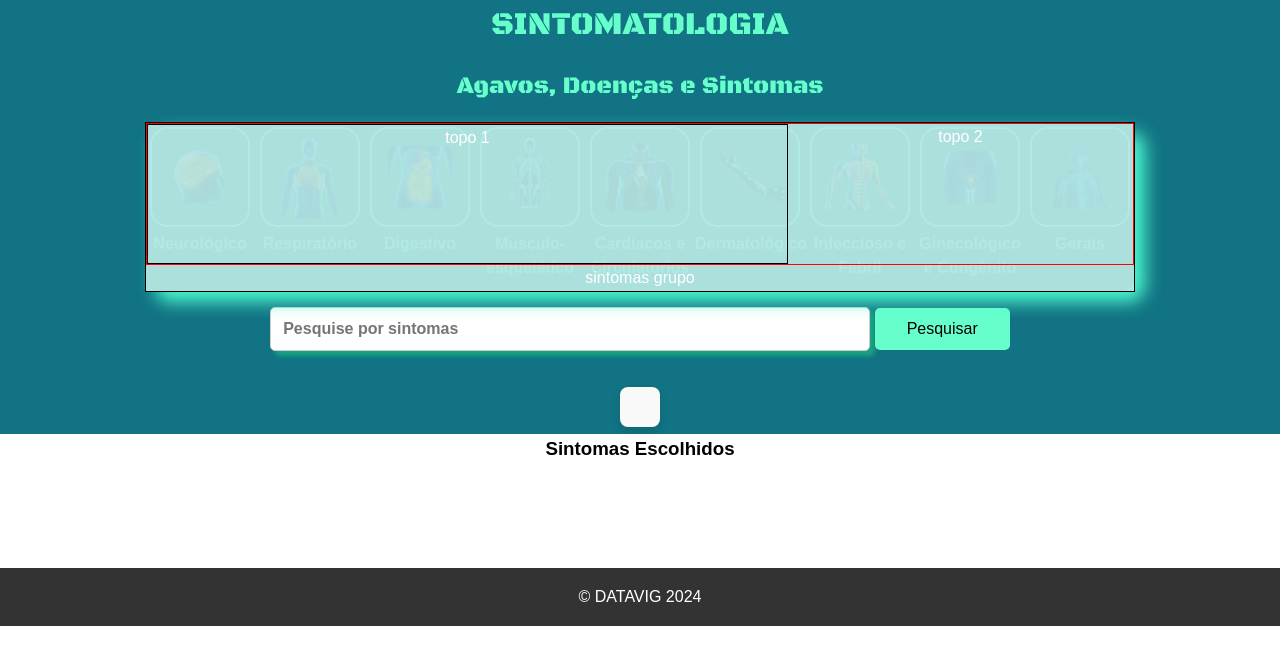
Repository: br-on/vigia
Page: index.html
The author's editor kept a copy of each file at every save. The page is drawn from the files as they stood at one save, then again after the next save.
The browser window is 1280 px wide. The pictures show the whole page.
Some web fonts or font styles are not loaded; a fallback is used.

Above is the page before, as saved 2024-09-16 20:10:28.

After the next save:
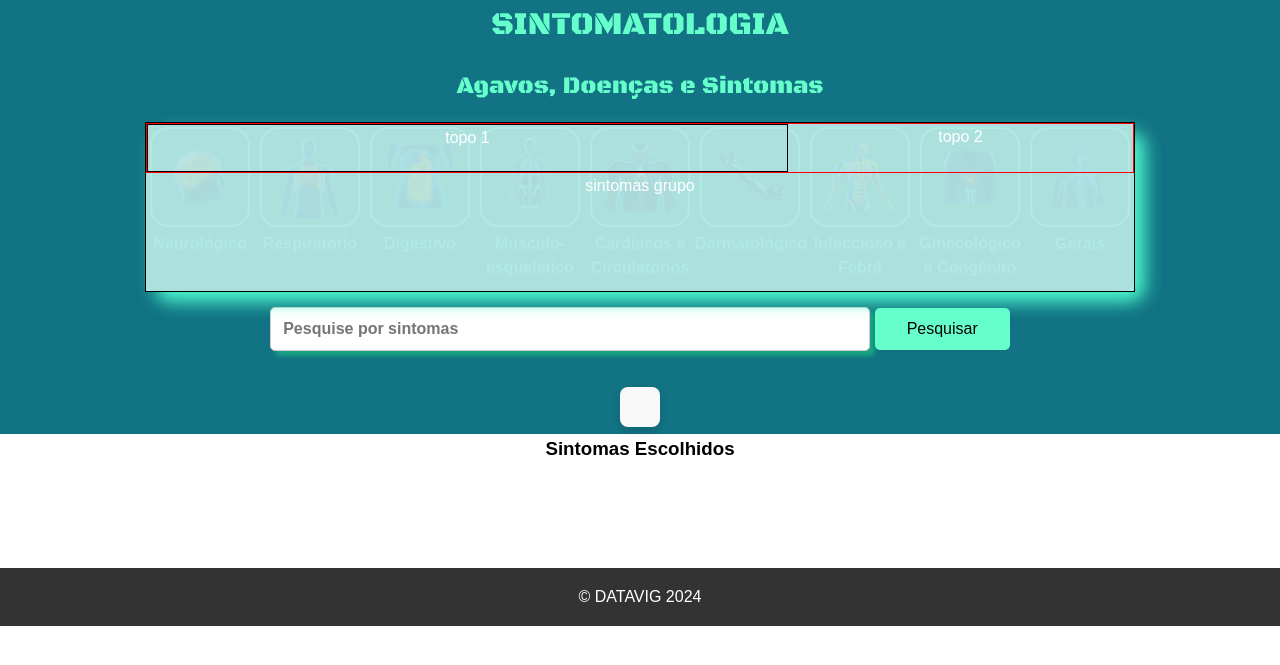
Saved 56 s later.
--- a/assets/style/style.css
+++ b/assets/style/style.css
@@ -358,7 +358,7 @@ footer {
 }
 
 .top-overlay-div {
-    height: 160px;
+    height: 30%;
     border: solid 1px red;
     display: flex;
 }
